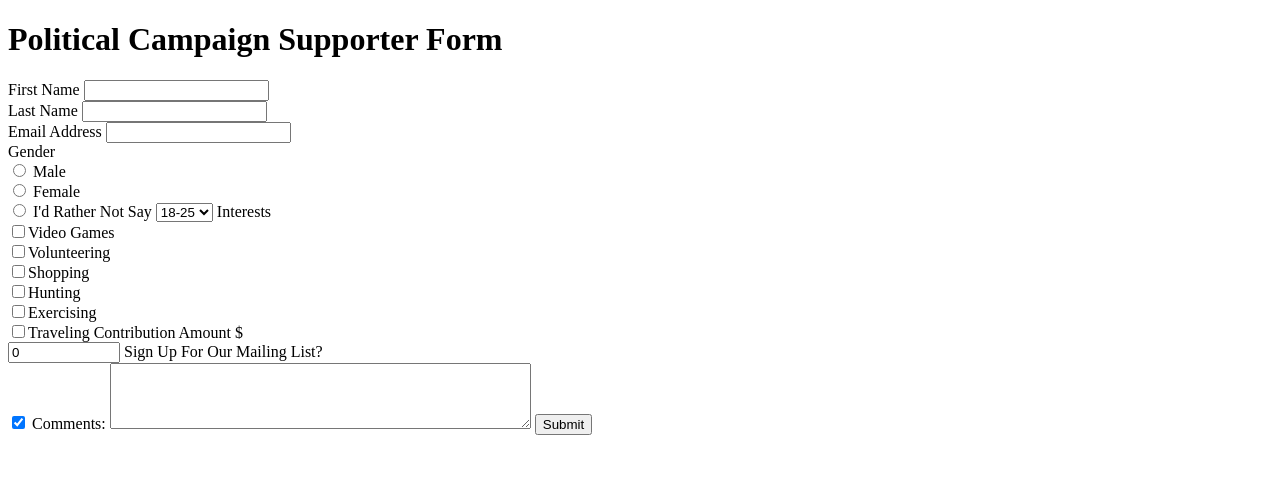
Repository: ryanaanderson0/COSW30
Page: Homework/Homework2/contact.html
The author's editor kept a record of every edit. The page is drawn from the files as they stood at one moment, then again after the next edit.
The browser window is 1280 px wide. The pictures show the whole page.

Above is the page before.

After the next edit:
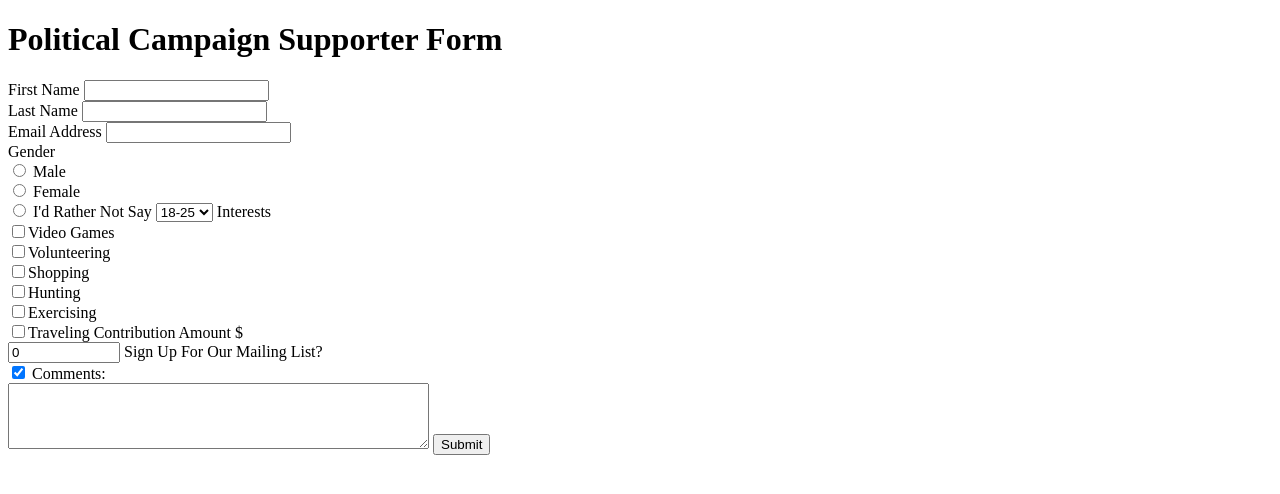
The edit:
--- a/Homework/Homework2/contact.html
+++ b/Homework/Homework2/contact.html
@@ -44,7 +44,7 @@
         <label>Sign Up For Our Mailing List?</label><br>
         <input type="checkbox" id="mailing_list" name="mailing_list" value="yes" checked>
 
-        <label>Comments:</label>
+        <label>Comments:</label><br>
         <textarea rows="4" cols="50" name="comments">
         </textarea>
 
